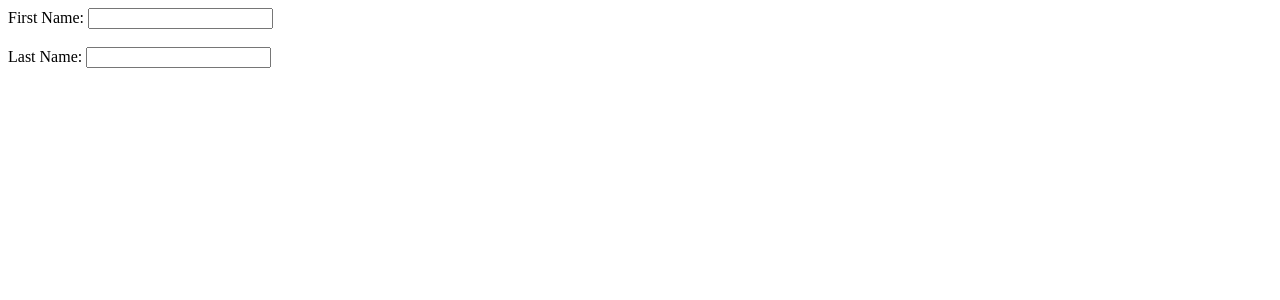
Repository: vehaan/Spring-and-Hibernate
Page: http://localhost/spring-mvc-demo/customer/showForm
These files come from the project's save history. The page is drawn as it stood at one moment and after the next save; the edit follows.
The browser window is 1280 px wide. The pictures show the whole page.
The page is served by Tomcat 9. Other server files are loaded and not shown.

Above is the page before, as saved 2021-05-24 06:25:16.

### spring-mvc-demo/WebContent/WEB-INF/view/customer-form.jsp
<%@ taglib prefix="form" uri="http://www.springframework.org/tags/form" %>

<html>
<head>
	<title>Customer Registration Form</title>
</head>

<body>

	<form:form action="processForm" modelAttribute="customer">
		First Name: <form:input path="firstName"/>
		<br><br>
		Last Name: <form:input path="lastName"/>
	</form:form>

</body>
</html>

### spring-mvc-demo/src/com/luv2code/springdemo/mvc/Customer.java
package com.luv2code.springdemo.mvc;

import javax.validation.constraints.NotNull;
import javax.validation.constraints.Size;

public class Customer {

	private String firstName;

	@NotNull(message = "is required")
	@Size(min = 1)
	private String lastName;
	public String getFirstName() {
		return firstName;
	}
	public void setFirstName(String firstName) {
		this.firstName = firstName;
	}
	public String getLastName() {
		return lastName;
	}
	public void setLastName(String lastName) {
		this.lastName = lastName;
	}



}

After the next save:
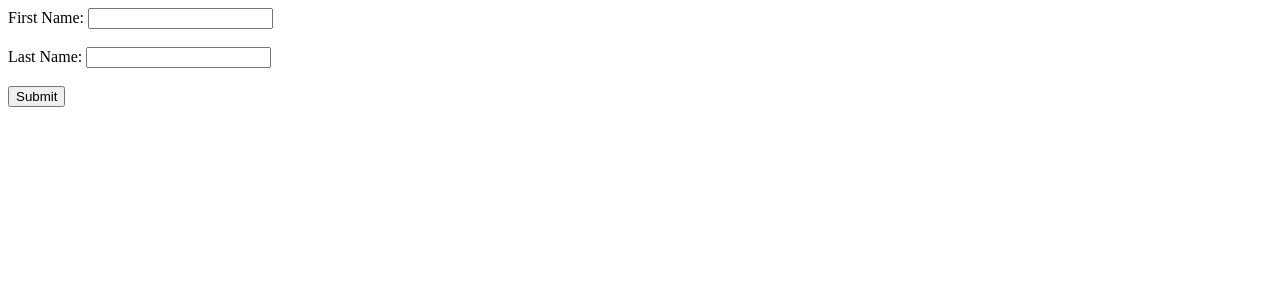
Saved 69 s later.
--- a/spring-mvc-demo/WebContent/WEB-INF/view/customer-form.jsp
+++ b/spring-mvc-demo/WebContent/WEB-INF/view/customer-form.jsp
@@ -11,6 +11,11 @@
 		First Name: <form:input path="firstName"/>
 		<br><br>
 		Last Name: <form:input path="lastName"/>
+		<form:errors path="lastName" cssClass="error"/>
+
+		<br><br>
+
+		<input type="submit" value="Submit">
 	</form:form>
 
 </body>
